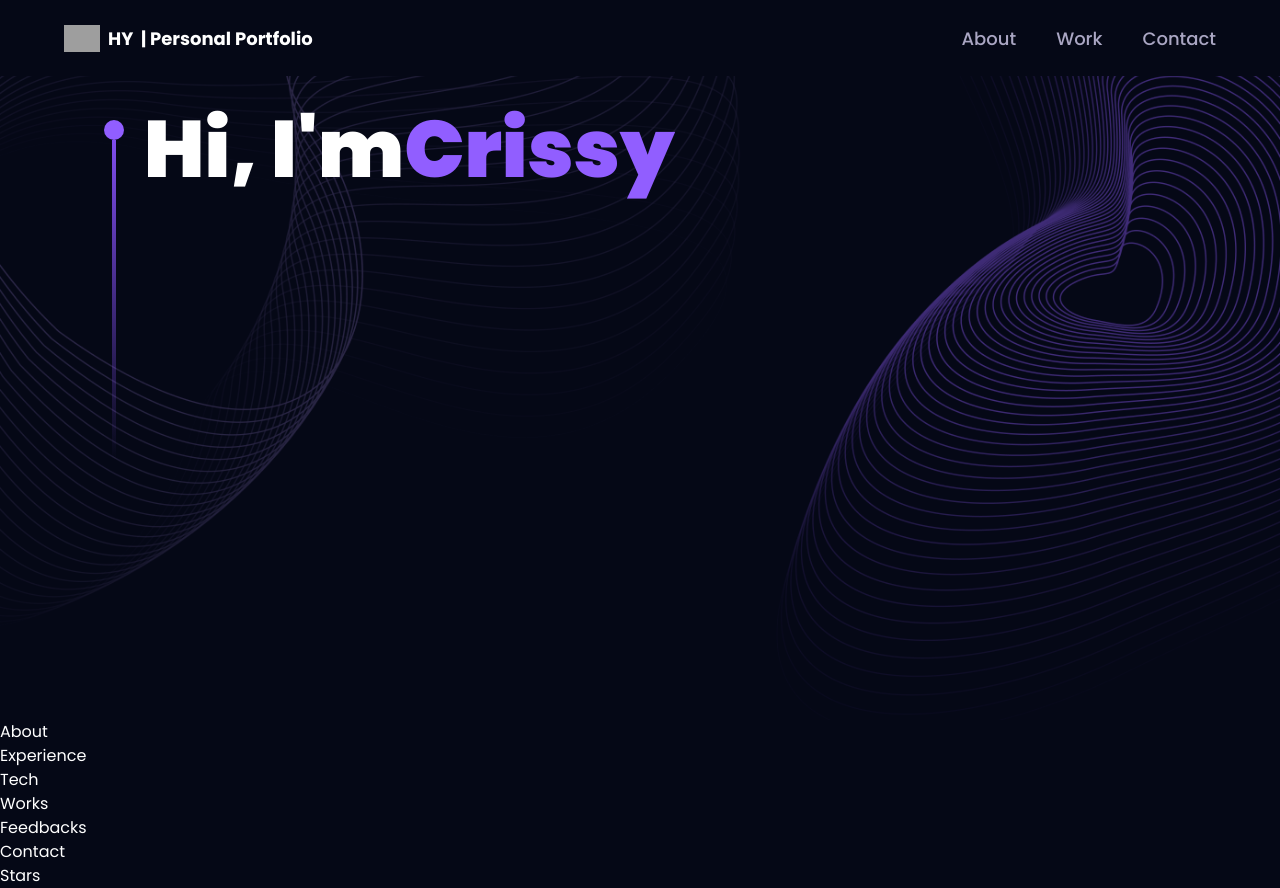
Repository: huiyyee/3d_portfolio
Page: /
An editor plug-in stored every save of this project. The page is shown before and after a run of saves, followed by the edit.
The browser window is 1280 px wide. The pictures show the whole page.
Pictures or frames that could not be fetched are drawn as grey boxes. The project was rebuilt for these pictures with package versions that can differ from the ones it lists, and the page was loaded fresh each time. Also part of the build but not shown: vite.config.js, src/components/canvas/Earth.jsx, src/components/canvas/Ball.jsx, src/components/canvas/Computers.jsx.

Above is the page before, as saved 2024-10-10 23:35:25.

After the next 4 saves:
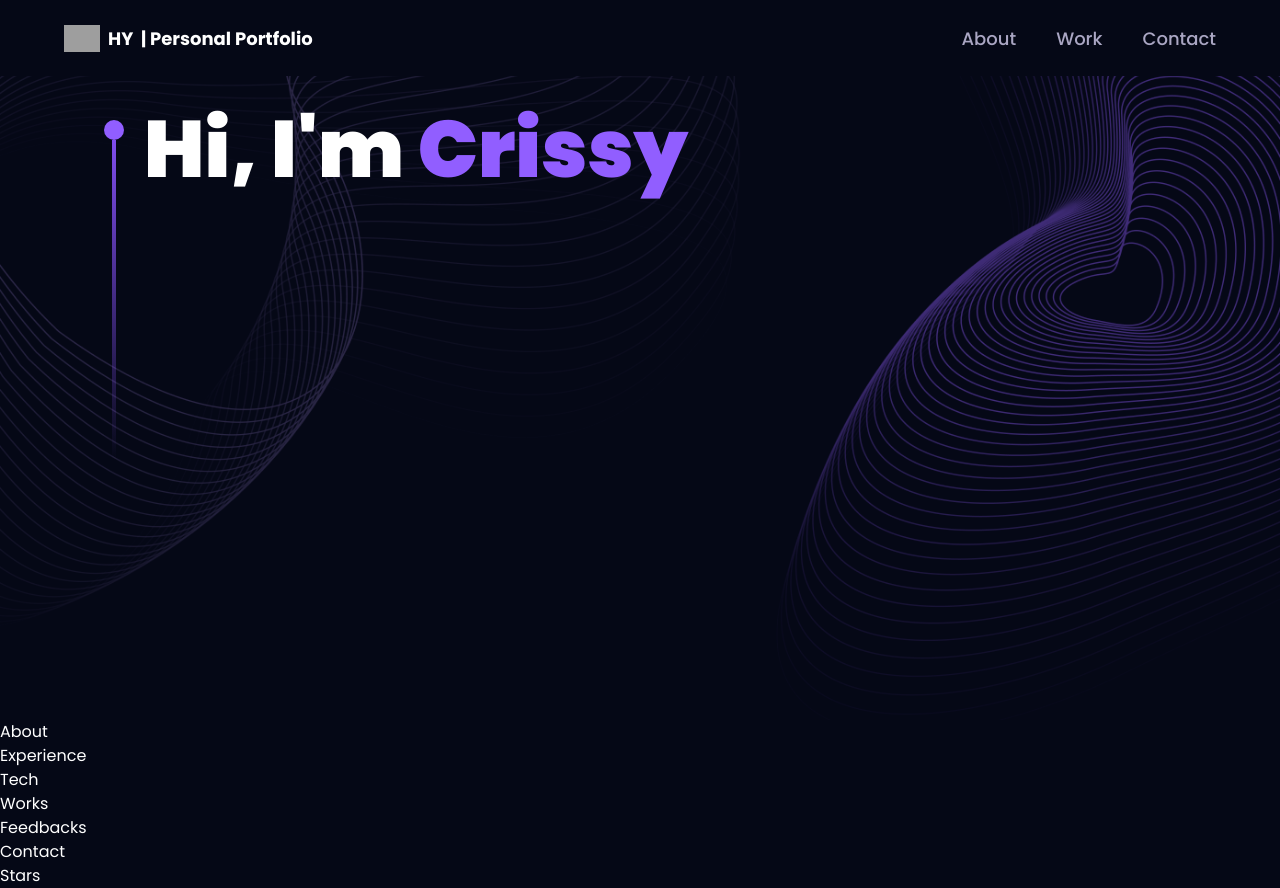
The 4 saves are shown as one change because they came seconds apart.
The last was saved 12 s later.
--- a/src/components/Hero.jsx
+++ b/src/components/Hero.jsx
@@ -13,8 +13,7 @@ const Hero = () => {
           <div className='w-1 sm:h-80 h-40 violet-gradient'/>
         </div>
       <div>
-        <h1 className={`${styles.heroHeadText}text-white`}>Hi, I'm
-        <span className='text-[#915eff]'>Crissy
+        <h1 className={`${styles.heroHeadText}text-white`}>Hi, I'm <span className='text-[#915eff]'>Crissy
           </span></h1>
       </div>
       </div>
